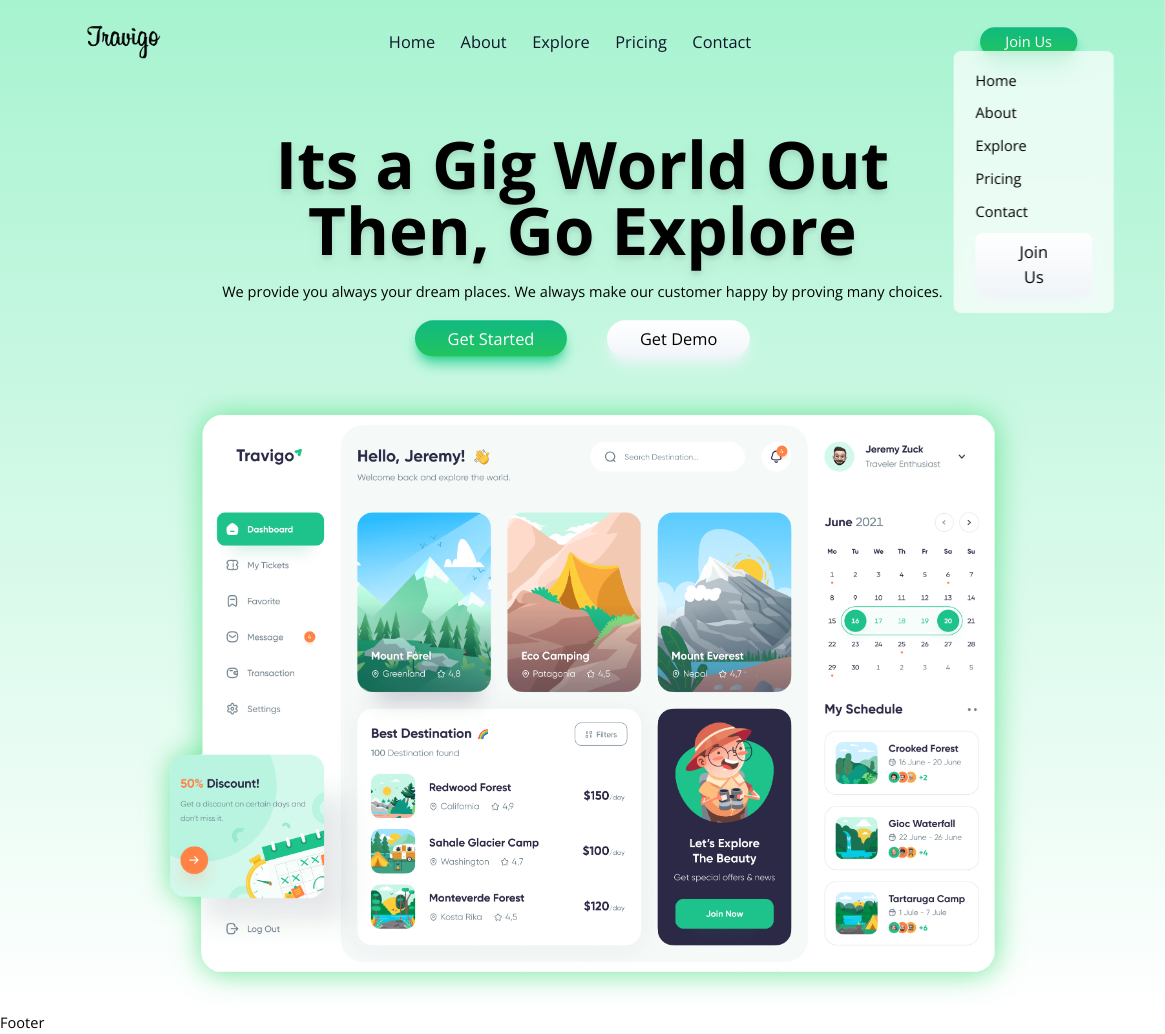
Repository: ThiAlbani83/travigo-travel-app
Page: /
The author's editor kept a copy of each file at every save. The page is drawn from the files as they stood at one save, then again after the next save.
The browser window is 1280 px wide. The pictures show the whole page, at 91% of full size.
The project was rebuilt for these pictures with package versions that can differ from the ones it lists, and the page was loaded fresh each time. Also part of the build but not shown: vite.config.js.

Above is the page before, as saved 2023-03-20 23:59:32.

After the next save:
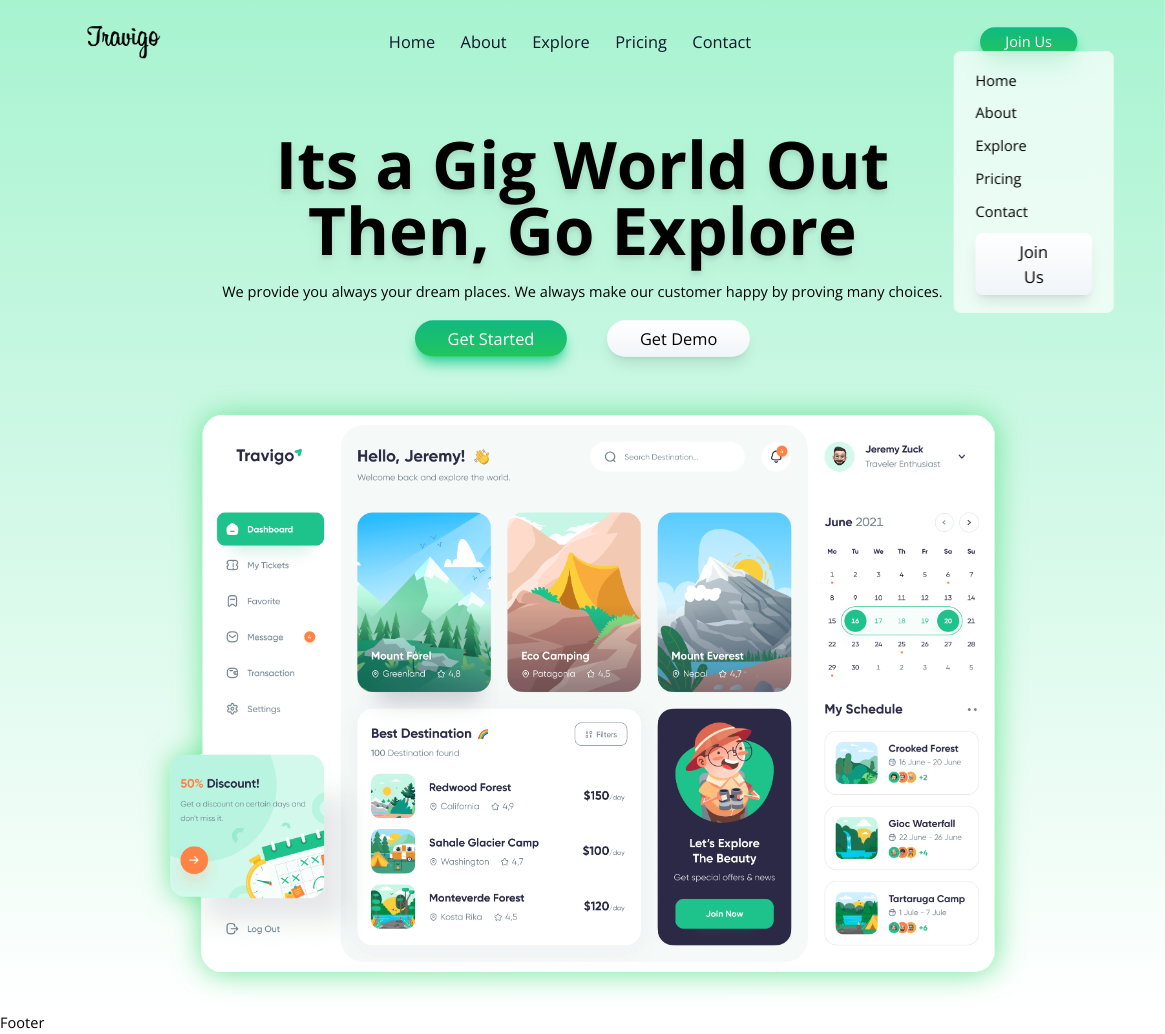
Saved 16 s later.
--- a/src/index.css
+++ b/src/index.css
@@ -23,7 +23,7 @@
     }
 
     .button-light {
-        @apply bg-gradient-to-b from-white to-slate-100 shadow-lg shadow-slate-100 rounded-full
+        @apply bg-gradient-to-b from-white to-slate-100 shadow-lg rounded-full
         text-lg sm:text-sm px-9 py-1.5 transition-all duration-200 active:scale-90 text-black sm:w-48
     }
 
